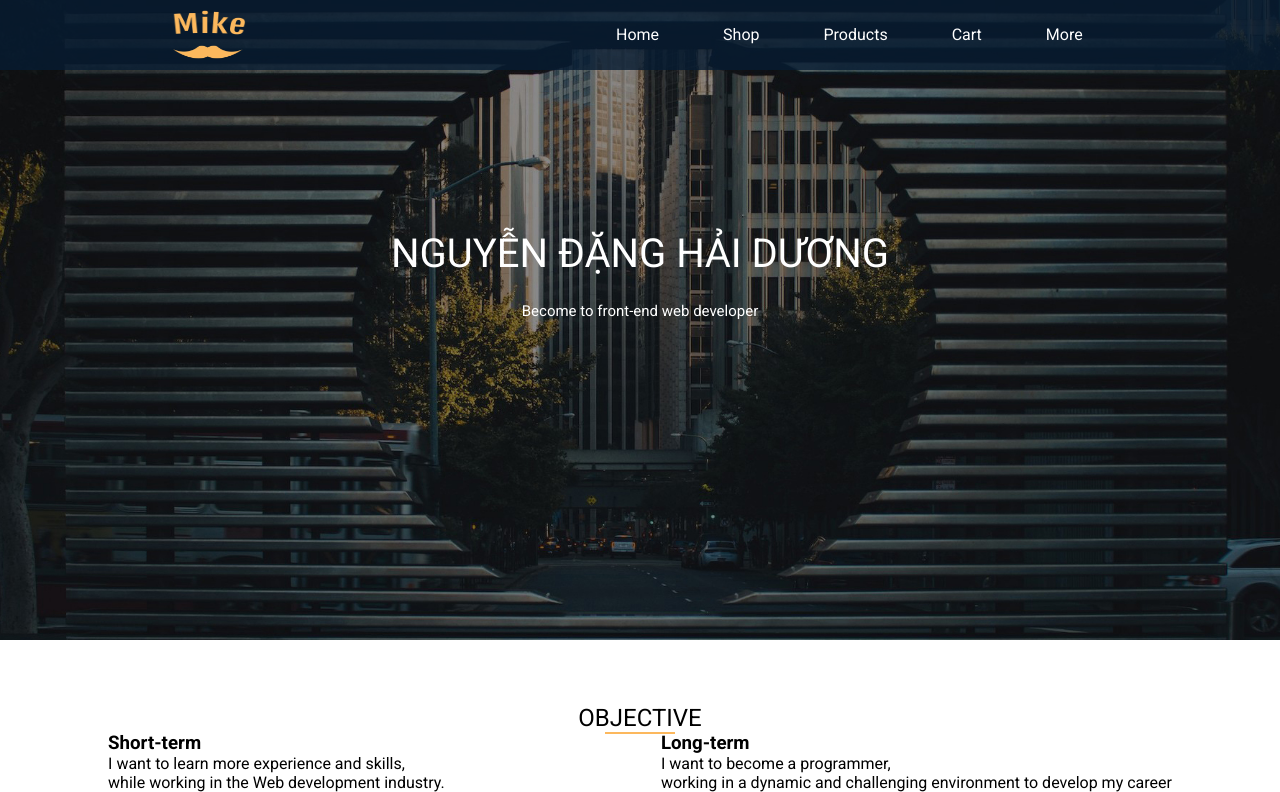
Repository: haiduong7499/Personal-Profile
Page: index.html
The author's editor kept a copy of each file at every save. The page is drawn from the files as they stood at one save, then again after the next save.
The browser window is 1280 px wide. The pictures show the whole page.

Above is the page before, as saved 2021-02-28 18:53:18.

After the next save:
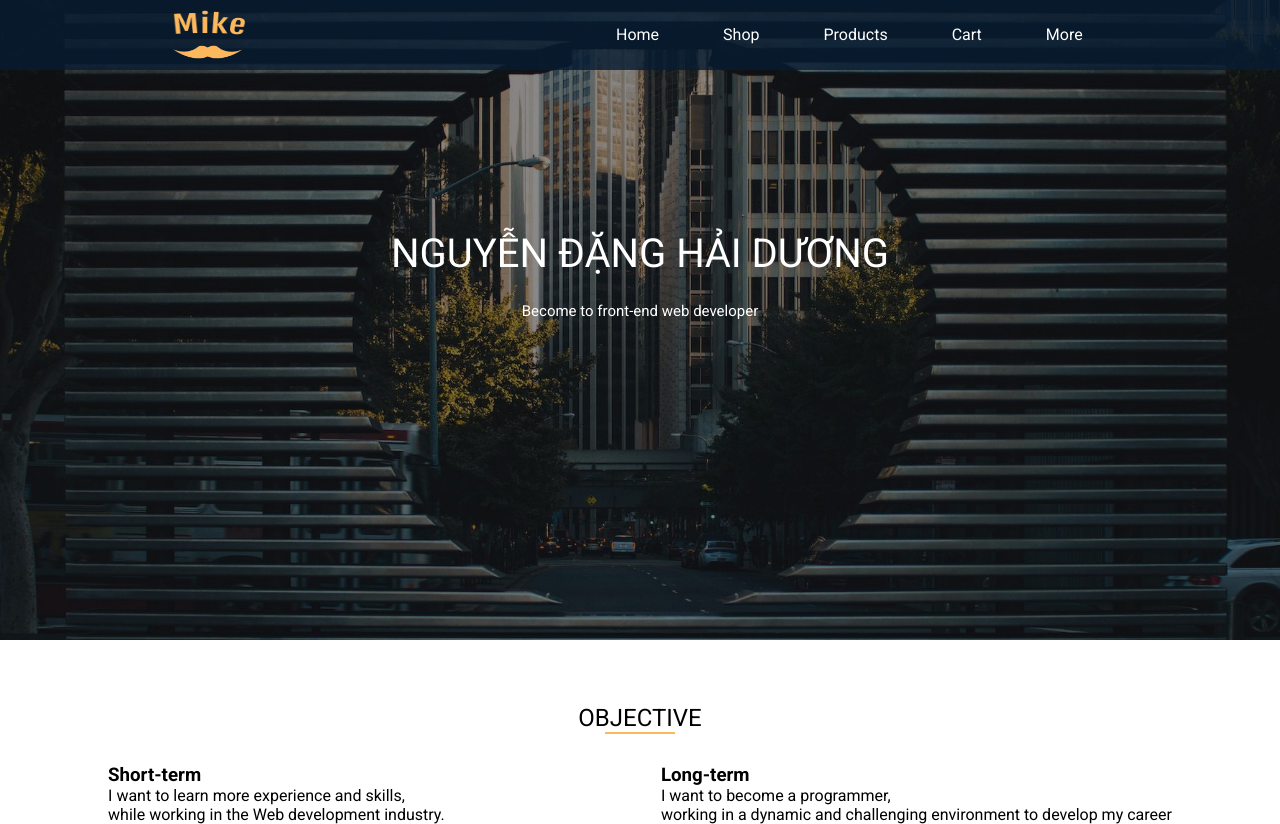
Saved 32 s later.
--- a/style/style.css
+++ b/style/style.css
@@ -90,4 +90,5 @@
 #objective .objective-content{
     display: flex;
     justify-content: space-around;
+    padding-top: 2.5%;
 }
